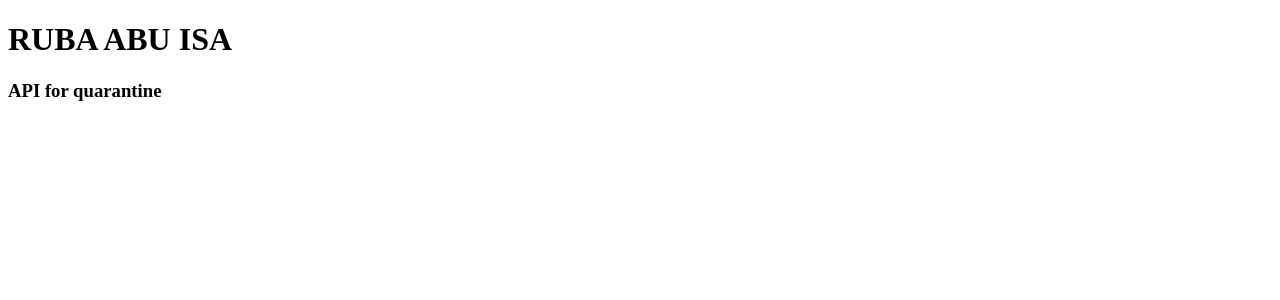
Repository: rubaabu/Fullstack-bitberry
Page: server/index.html
The author's editor kept a copy of each file at every save. The page is drawn from the files as they stood at one save, then again after the next save.
The browser window is 1280 px wide. The pictures show the whole page.

Above is the page before, as saved 2020-04-02 15:43:27.

### server/index.html
<!DOCTYPE html>
<html lang="en">
<head>
    <meta charset="UTF-8">
    <meta name="viewport" content="width=device-width, initial-scale=1.0">
    <title>Document</title>
</head>
<body>
    <header>
        <div class="header">
            <h1>RUBA ABU ISA</h1>
            <h3>API for quarantine</h3>
        </div>
    </header>
</body>
</html>

### server/style.css
header .head {
    background-color: #E9ECEF;
}

After the next save:
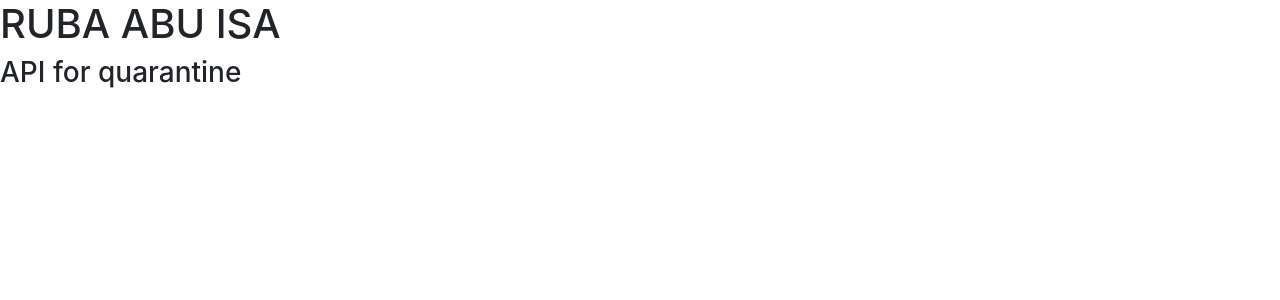
Saved 87 s later.
--- a/server/index.html
+++ b/server/index.html
@@ -3,7 +3,10 @@
 <head>
     <meta charset="UTF-8">
     <meta name="viewport" content="width=device-width, initial-scale=1.0">
-    <title>Document</title>
+    <title>Ruba</title>
+
+    <link rel="stylesheet" type="text/css" href="style.css">
+    <link rel="stylesheet" href="https://stackpath.bootstrapcdn.com/bootstrap/4.4.1/css/bootstrap.min.css" integrity="sha384-Vkoo8x4CGsO3+Hhxv8T/Q5PaXtkKtu6ug5TOeNV6gBiFeWPGFN9MuhOf23Q9Ifjh" crossorigin="anonymous">
 </head>
 <body>
     <header>
